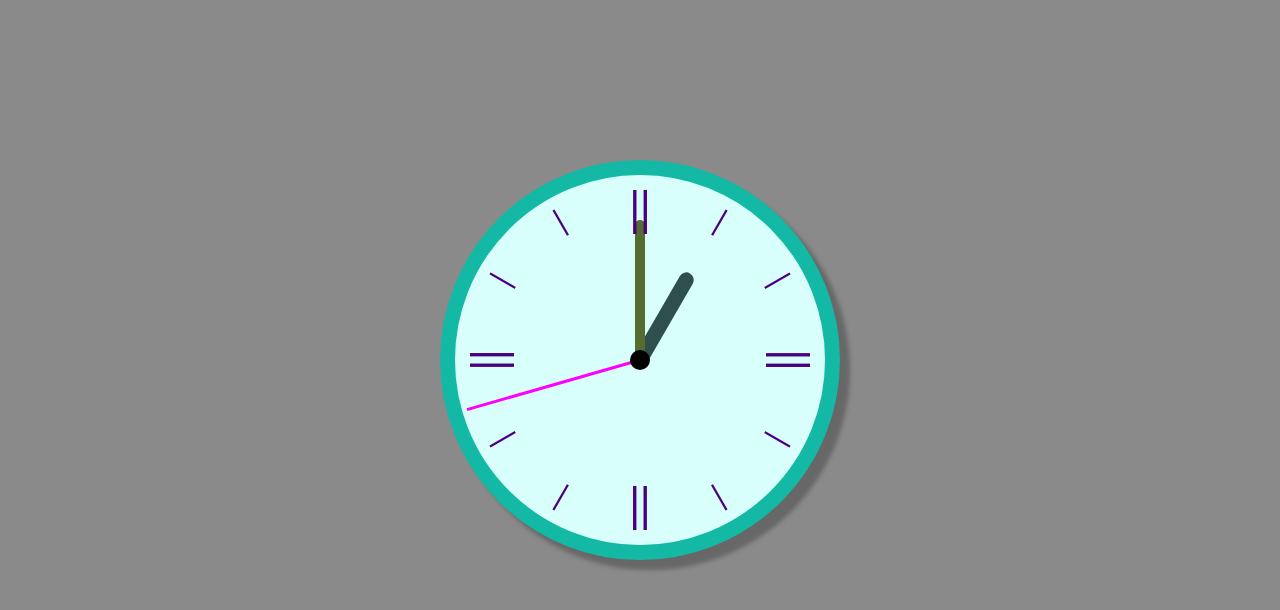
Repository: ChenWarren/web-clock
Page: index.html
An editor plug-in stored every save of this project. The page is shown before and after the next save, followed by the edit.
The browser window is 1280 px wide. The pictures show the whole page.

Above is the page before, as saved 2021-03-19 09:32:00.

### index.html
<!DOCTYPE html>
<html lang="en">
<head>
    <meta charset="UTF-8">
    <meta http-equiv="X-UA-Compatible" content="IE=edge">
    <meta name="viewport" content="width=device-width, initial-scale=1.0">
    <link rel="stylesheet" href="main.css">
    <title>Clock</title>
</head>
<body>
    <main class="clock">
        <!-- hour, minute, second handle and center cot -->
        <div class="hour"></div>
        <div class="minute"></div>
        <div class="second"></div>
        <div class="center_dot"></div>

        <!-- time marks on clock -->
        <div class="number dot_1">
            <h4>|</h4>
        </div>
        <div class="number dot_2">
            <h4>|</h4>
        </div>
        <div class="number dot_3">
            <h2>||</h2>
        </div>
        <div class="number dot_4">
            <h4>|</h4>
        </div>
        <div class="number dot_5">
            <h4>|</h4>
        </div>
        <div class="number dot_6">
            <h2>||</h2>
        </div>
        <div class="number dot_7">
            <h4>|</h4>
        </div>
        <div class="number dot_8">
            <h4>|</h4>
        </div>
        <div class="number dot_9">
            <h2>||</h2>
        </div>
        <div class="number dot_10">
            <h4>|</h4>
        </div>
        <div class="number dot_11">
            <h4>|</h4>
        </div>
        <div class="number dot_12">
            <h2>||</h2>
        </div>
    </main>

    <script src="clock.js"></script>

</body>
</html>

### main.css
* {
    margin: 0;
    padding: 0;
    box-sizing: border-box;
}

body {
    background-color: rgb(138, 138, 138);
    display: flex;
    justify-content: center;
    align-items: center;
    width: 100vw;
    height: 100vh;
    overflow: hidden;
}

.clock {
    width: 400px;
    height: 400px;
    border-radius: 50%;
    background: #d8fffb;
    border: 15px solid #14B9A5;
    box-sizing: border-box;
    box-shadow: 10px 10px 4px rgba(0, 0, 0, 0.25);
    position: relative;
}

.hour {
    --rotation: 30deg;
    width: 15px;
    height: 100px;
    background-color:  darkslategray;
    position: absolute;
    left: 50%;
    bottom: 50%;
    transform: translateX(-50%) rotate(var(--rotation));
    transform-origin: center bottom;
    border-top-left-radius: 10px;
    border-top-right-radius: 10px;
}

.minute {
    width: 10px;
    height: 140px;
    background-color:darkolivegreen;
    position: absolute;
    left: 50%;
    bottom: 50%;
    transform: translateX(-50%);
    border-top-left-radius: 5px;
    border-top-right-radius: 5px;
}

.second {
    width: 3px;
    height: 180px;
    background-color: fuchsia;
    position: absolute;
    left: 50%;
    bottom: 50%;
    transform: translateX(-50%) rotate(254deg);
    transform-origin: center bottom;
}

.center_dot {
    background-color: #000;
    width: 20px;
    height: 20px;
    border-radius: 50%;
    position: absolute;
    left: 50%;
    bottom: 50%;
    transform: translate(-50%, 50%);
}

.number {
    display: flex;
    height: 370px;
    width: 370px;
    padding-top: 5px;
    justify-content: center;
    color: indigo;
    position: absolute;
    font-size: 2rem;
}

.dot_1 {
    transform: rotate(30deg);
}

.dot_2 {
    transform: rotate(60deg);
}

.dot_3 {
    transform: rotate(90deg);
}

.dot_4 {
    transform: rotate(120deg);
}

.dot_5 {
    transform: rotate(150deg);
}

.dot_6 {
    transform: rotate(180deg);
}

.dot_7 {
    transform: rotate(210deg);
}

.dot_8 {
    transform: rotate(240deg);
}

.dot_9 {
    transform: rotate(270deg);
}

.dot_10 {
    transform: rotate(300deg);
}

.dot_11 {
    transform: rotate(330deg);
}

### clock.js
setInterval(setClock, 1000)

function setClock()
{
    let date = new Date()
    let hour = date.getHours()
    let minute = date.getMinutes()
    let second = date.getSeconds()
    console.log(minute)
    // console.log(second)
}

After the next save:
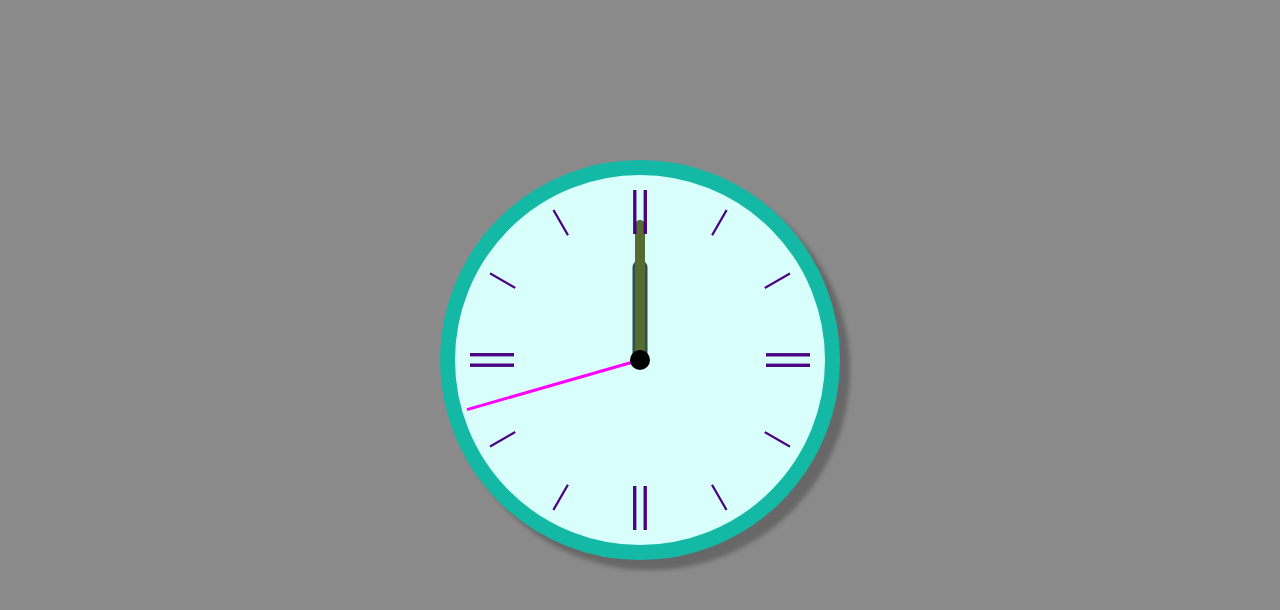
Saved 2 min 42 s later.
--- a/main.css
+++ b/main.css
@@ -26,7 +26,7 @@ body {
 }
 
 .hour {
-    --rotation: 30deg;
+    --rotation: 0deg;
     width: 15px;
     height: 100px;
     background-color:  darkslategray;
